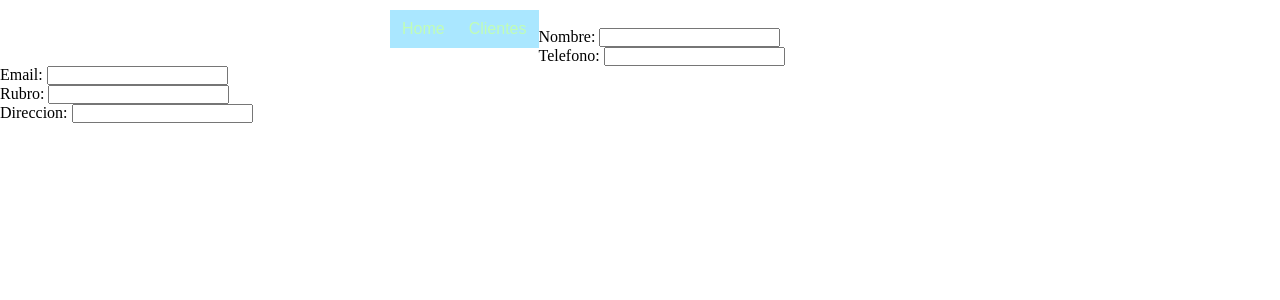
Repository: felipeps23/Java
Page: http://localhost/CRUD-MVC/AgregarCliente
The author's editor kept a copy of each file at every save. The page is drawn from the files as they stood at one save, then again after the next save.
The browser window is 1280 px wide. The pictures show the whole page.
The page is served by Tomcat 9. Other server files are loaded and not shown.

Above is the page before, as saved 2021-10-03 18:13:54.

### CRUD-MVC/src/main/webapp/AgregarCliente.jsp
<%@ page language="java" contentType="text/html; charset=ISO-8859-1"
    pageEncoding="ISO-8859-1"%>
<!DOCTYPE html>
<html>
<head>
	<meta charset="ISO-8859-1">
	<title>Agregar Cliente</title>
	<link rel="stylesheet" type="text/css" href="style.css">
	<%@ taglib prefix="c" uri="http://java.sun.com/jsp/jstl/core" %>
</head>
<body>
	<div id="header">
		<ul class="nav">
			<li><a href="${pageContext.request.contextPath}/index.jsp">Home</a></li>
			<li><a>Clientes</a>
				<ul>
					<li><a href="${pageContext.request.contextPath}/AgregarCliente.jsp">Agregar Cliente</a></li>
					<li><a href="${pageContext.request.contextPath}/VerDetalleCliente">Ver Cliente</a></li>
					<li><a href="${pageContext.request.contextPath}/ListadoClientes">Listar Clientes</a></li>
					<li><a href="${pageContext.request.contextPath}/EditarCliente">Editar Cliente</a></li>
					<li><a href="${pageContext.request.contextPath}/EliminarCliente">Eliminar Cliente</a></li>
				</ul>
			</li>
		</ul>
	</div>
	<br>
	<c:if test="${ccmensaje != null }">
		<h3><c:out value="${ccmensaje}"></c:out></h3>
	</c:if>

	<form action="AgregarCliente" method="post">
		<label>Nombre:</label>
		<input type="text" name="nombre"><br>
		<label>Telefono:</label>
		<input type="text" name="nombre"><br>
		<label>Email:</label>
		<input type="text" name="nombre"><br>
		<label>Rubro:</label>
		<input type="text" name="nombre"><br>
		<label>Direccion:</label>
		<input type="text" name="nombre"><br>
	</form>
</body>
</html>

### CRUD-MVC/src/main/java/controlador/AgregarCliente.java
package controlador;

import java.io.IOException;

import javax.servlet.ServletException;
import javax.servlet.annotation.WebServlet;
import javax.servlet.http.HttpServlet;
import javax.servlet.http.HttpServletRequest;
import javax.servlet.http.HttpServletResponse;

import dao.ClienteDao;
import modelo.Cliente;

/*
 *
 * Servlet implementacion de clase ClienteController
 *
 */

@WebServlet("/AgregarCliente")
public class AgregarCliente extends HttpServlet {

	/**
	 *
	 */
	private static final long serialVersionUID = 1L;

	public AgregarCliente() {
		super();
	}

	protected void doGet(HttpServletRequest request, HttpServletResponse response) throws ServletException, IOException {

		request.getRequestDispatcher("AgregarCliente.jsp").forward(request, response);
	}

	protected void doPost(HttpServletRequest request, HttpServletResponse response) throws ServletException, IOException {

		String nombre = request.getParameter("nombre");
		int telefono = Integer.parseInt(request.getParameter("telefono"));
		String email = request.getParameter("email");
		String rubro = request.getParameter("rubro");
		String direccion = request.getParameter("direccion");

		Cliente cli = new Cliente(nombre, telefono, email, rubro, direccion);
		ClienteDao clientedao = new ClienteDao();

		boolean agregar = false;
		agregar = clientedao.agregar(cli);

		String mensaje = "";

		if (agregar) {
			mensaje = "El cliente se agrego correctamente";
		} else {
			mensaje = "Ocurrio un error al procesar la solicitud";
		}

		request.setAttribute("ccmensaje", mensaje);
		request.getRequestDispatcher("AgregarCliente.jsp").forward(request, response);

	}

}

### CRUD-MVC/src/main/webapp/style.css
@charset "ISO-8859-1";

*{
	margin:0px;
	padding:0px;

}

#header {
	margin:auto;
	width:500px;
	font-family:Arial, Helvetica, sans-serif;
	margin-bottom:10px;
}

ul, ol {
	list-style:none;
}

.nav > li {
	float:left;
}

.nav li a {
	background-color:rgb(170, 231, 255);
	color:rgb(193, 253, 181);
	text-decoration:none;
	padding:10px 12px;
	display:block;
}

.nav li a:hover {
	background-color:#2649a8;
}

.nav li ul {
	display:none;
	position:absolute;
	min-width:140px;
}

.nav li:hover > ul {
	display:block;
}

.nav li ul li {
	position:relative;
}

.nav li ul li ul {
	right:-140px;
	top:0px;
}

After the next save:
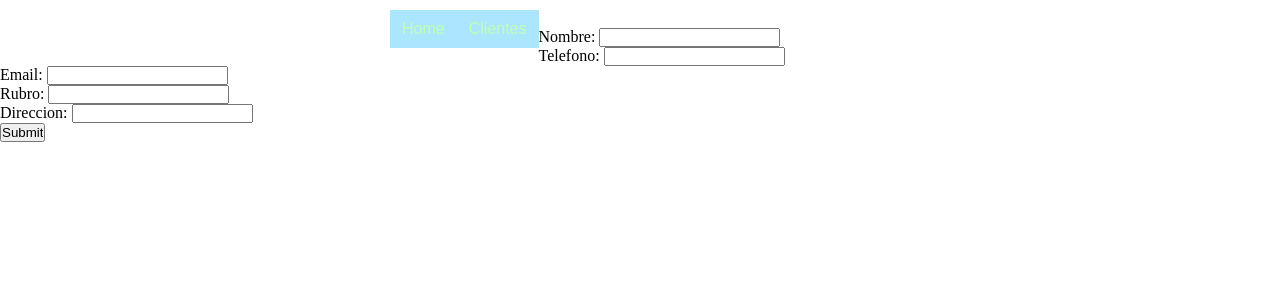
Saved 9 s later.
--- a/CRUD-MVC/src/main/webapp/AgregarCliente.jsp
+++ b/CRUD-MVC/src/main/webapp/AgregarCliente.jsp
@@ -39,6 +39,7 @@
 		<input type="text" name="nombre"><br>
 		<label>Direccion:</label>
 		<input type="text" name="nombre"><br>
+		<input type="submit" name="nombre"><br>
 	</form>
 </body>
 </html>
